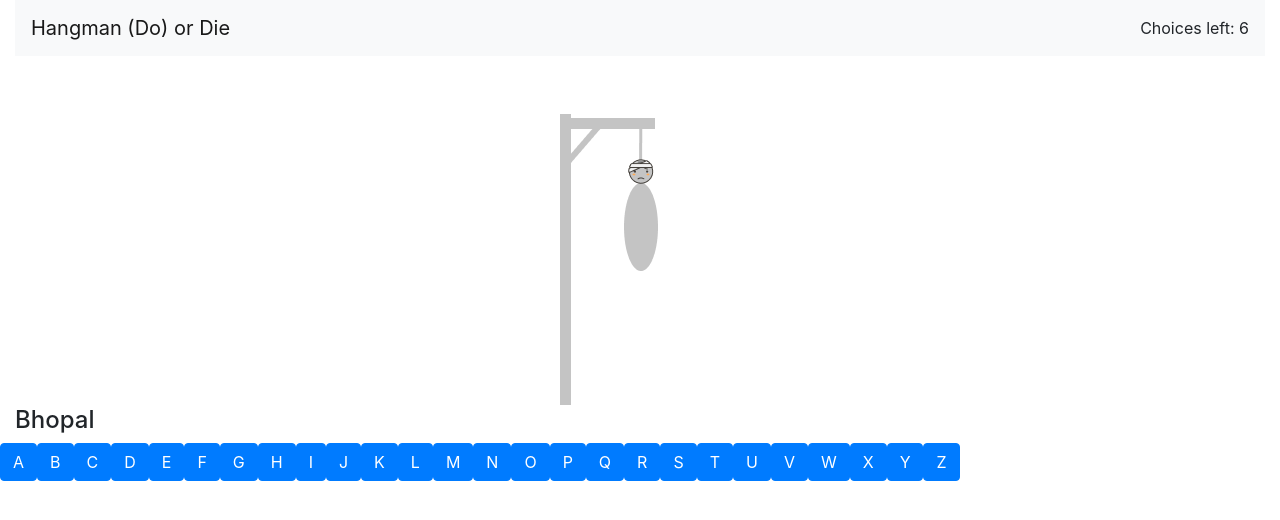
Repository: jatinhchanchlani/hangman
Page: /
An editor plug-in stored every save of this project. The page is shown before and after the next save, followed by the edit.
The browser window is 1280 px wide. The pictures show the whole page.
The project was rebuilt for these pictures with package versions that can differ from the ones it lists, and the page was loaded fresh each time. Also part of the build but not shown: src/App.css.

Above is the page before, as saved 2020-10-17 16:45:22.

After the next save:
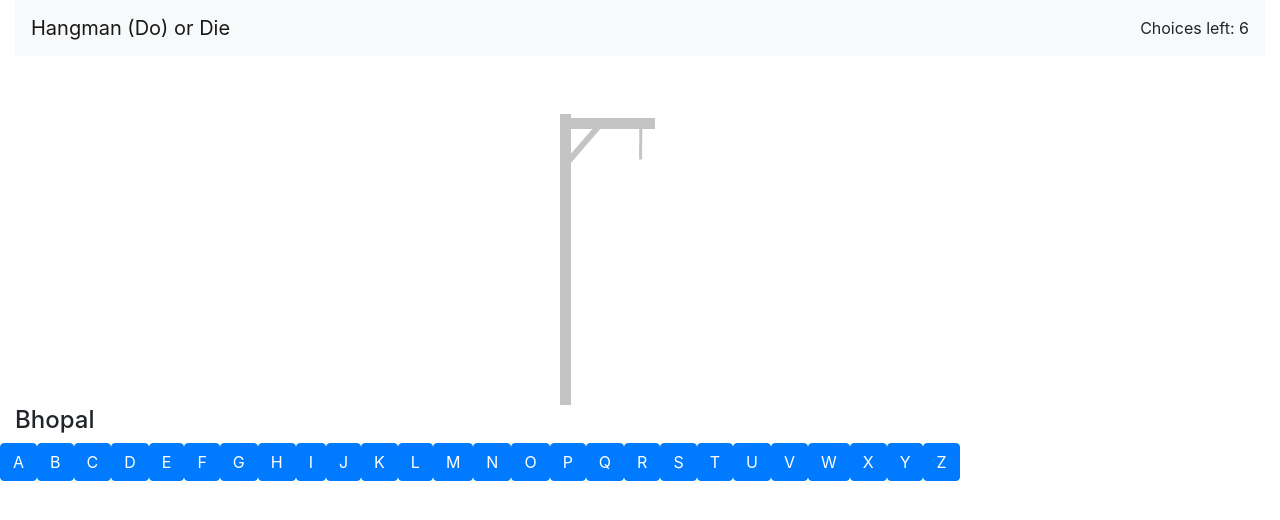
Saved 8 s later.
--- a/src/components/image.jsx
+++ b/src/components/image.jsx
@@ -3,7 +3,7 @@ import React, { Component } from "react";
 class Image extends Component {
   render() {
     const { choicesLeft, maxChoices } = this.props;
-    const imagePath = maxChoices - 4 + ".jpg";
+    const imagePath = maxChoices - choicesLeft + ".jpg";
     return (
       <div className="row">
         <div className="col col-sm-5"></div>
